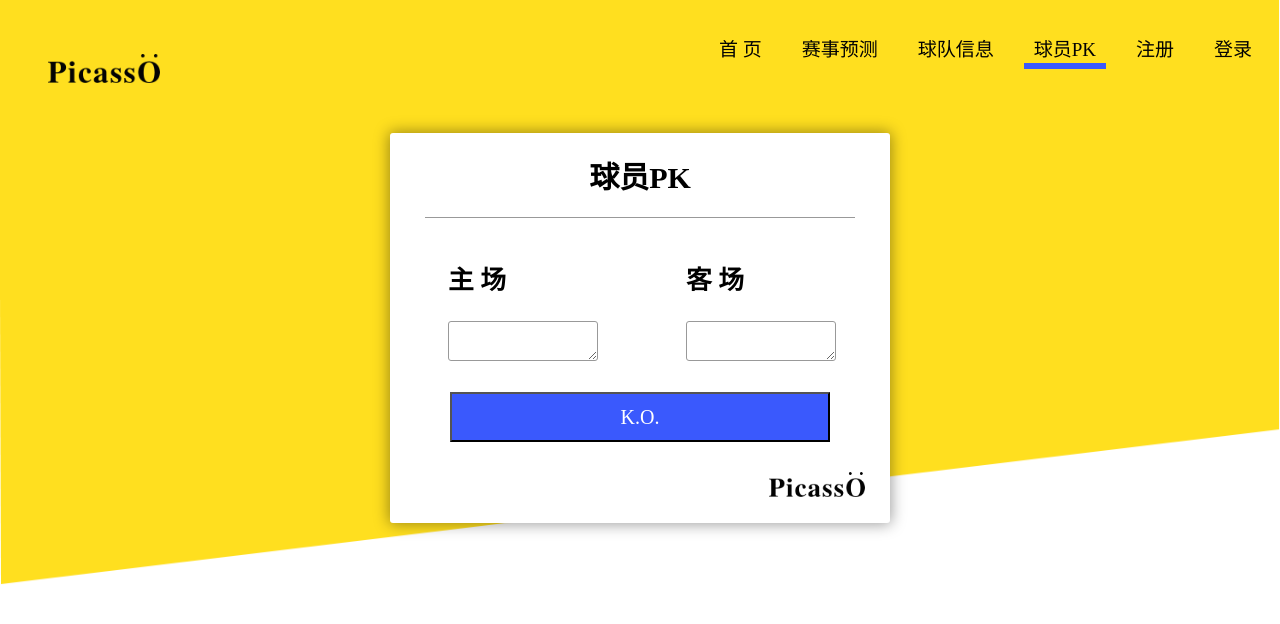
Repository: cciixx/nba-prediction-sys
Page: public/PK_index.html
An editor plug-in stored every save of this project. The page is shown before and after the next save, followed by the edit.
The browser window is 1280 px wide. The pictures show the whole page.

Above is the page before, as saved 2020-04-03 14:41:13.

After the next save:
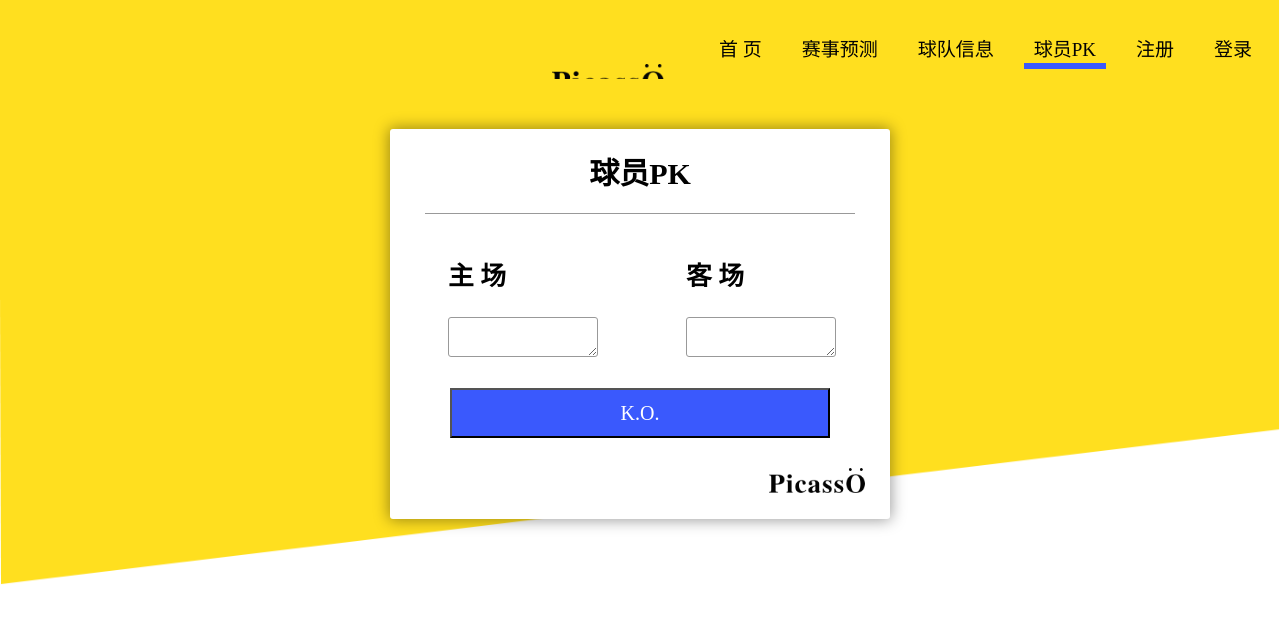
Saved 5 min 44 s later.
--- a/public/PK_index.html
+++ b/public/PK_index.html
@@ -19,7 +19,7 @@
             <li><a href="team.html">球队信息</a></li>
             <li><a href="predict.html">赛事预测</a></li>
             <li><a href="first.html">首 页</a></li>
-            <img src="images/logo.png">
+            <li><img src="images/logo.png"></li>
         </ul>
     </div>
 
